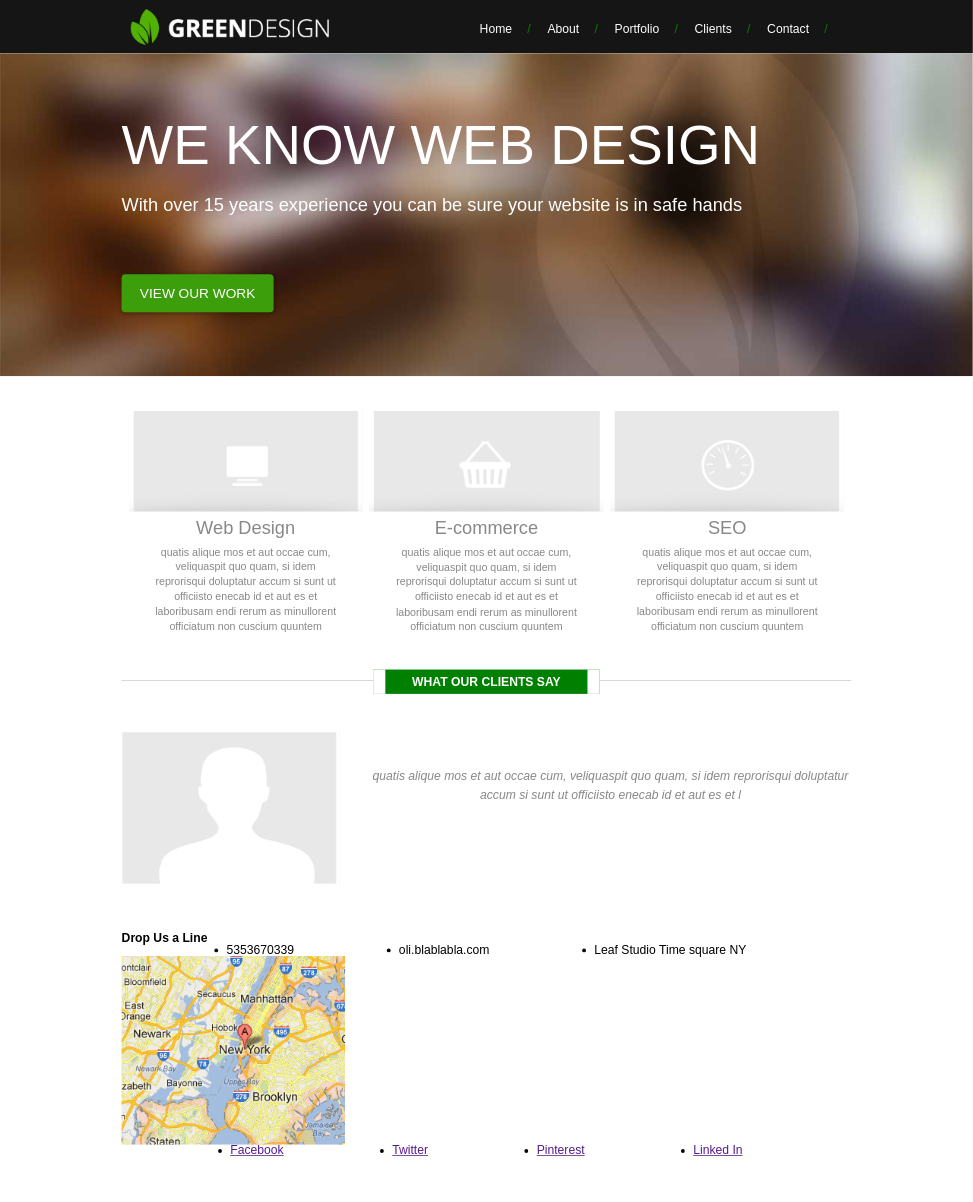
Repository: Piterwk1/psd-to-html
Page: website/index.html
An editor plug-in stored every save of this project. The page is shown before and after the next save, followed by the edit.
The browser window is 1280 px wide. The pictures show the whole page, at 76% of full size.

Above is the page before, as saved 2021-09-14 21:46:20.

### website/index.html
<html lang="en">

<head>
    <meta charset="UTF-8">
    <meta http-equiv="X-UA-Compatible" content="IE=edge">
    <meta name="viewport" content="width=device-width, initial-scale=1.0">
    <title>Green Design</title>
    <link rel="stylesheet" href="style.css">
</head>

<body>
    <header>
        <div class="wrapper">
            <h1 id="logo">Green Design</h1>
            <nav>
                <h2>Main Navigation</h2>
                <ul>
                    <li><a href="">Home</a><span>/</span></li>
                    <li><a href="">About</a><span>/</span></li>
                    <li><a href="">Portfolio</a><span>/</span></li>
                    <li><a href="">Clients</a><span>/</span></li>
                    <li><a href="">Contact</a><span>/</span></li>
                </ul>
            </nav>
        </div>
    </header>
    <div id="lead-banner">
        <img src="images/Baner.jpg" alt="main banner">
        <div class="banner-overlay">
            <div class="wrapper">
                <div class="banner-title">We know web Design</div>
                <p>With over 15 years experience you can be sure your website is in safe hands</p>
                <a href="">View our work</a>
            </div>
        </div>
    </div>
    <div id="main-content">

        <div class="wrapper">

            <section id="points-of-sale">
                <h2>Point of Sale</h2>
                <ul>
                    <li>
                        <img src="images/cs1.png" alt="Web Design">
                        <h3>Web Design</h3>
                        <p>quatis alique mos et aut occae cum, veliquaspit quo quam, si idem reprorisqui doluptatur
                            accum si
                            sunt ut officiisto enecab id et aut es et laboribusam endi rerum as minullorent officiatum
                            non
                            cuscium quuntem</p>
                    </li>
                    <li>
                        <img src="images/cs2.png" alt="E-commerce">
                        <h3>E-commerce</h3>
                        <p>quatis alique mos et aut occae cum, veliquaspit quo quam, si idem reprorisqui doluptatur
                            accum si
                            sunt ut officiisto enecab id et aut es et laboribusam endi rerum as minullorent officiatum
                            non
                            cuscium quuntem</p>
                    </li>
                    <li>
                        <img src="images/cs3.png" alt="SEO">
                        <h3>SEO</h3>
                        <p>quatis alique mos et aut occae cum, veliquaspit quo quam, si idem reprorisqui doluptatur
                            accum si
                            sunt ut officiisto enecab id et aut es et laboribusam endi rerum as minullorent officiatum
                            non
                            cuscium quuntem</p>
                    </li>
                </ul>
            </section>
            <section id="clients">
                <h2>What Our Clients Say</h2>
                <div class="clients">
                    <img src="images/head.png" alt="head">
                    <!-- <img src="images/quotes.png" alt="quotes"> -->
                    <blockquote>quatis alique mos et aut occae cum, veliquaspit quo quam, si idem reprorisqui doluptatur
                        accum
                        si sunt ut officiisto enecab id et aut es et l</blockquote>
                </div>
            </section>
            <section id="contact">
                <h2>Drop Us a Line</h2>
                <ul id="contact-methods">
                    <li>5353670339</li>
                    <li>oli.blablabla.com</li>
                    <li>
                        <span>Leaf Studio</span>
                        <span>Time square</span>
                        <span>NY</span>
                    </li>
                </ul>
                <img src="images/map.png" alt="map">
                <ul id="social-map">
                    <li class="facebook"><a href="">Facebook</a></li>
                    <li class="twitter"><a href="">Twitter</a></li>
                    <li class="pinterest"><a href="">Pinterest</a></li>
                    <li class="linked-in"><a href="">Linked In</a></li>
                </ul>
            </section>
        </div>
    </div>
</body>

</html>

### website/style.css
html,
body,
div,
span,
object,
iframe,
h1,
h2,
h3,
h4,
h5,
h6,
p,
blockquote,
pre,
abbr,
address,
cite,
code,
del,
dfn,
em,
img,
ins,
kbd,
q,
samp,
small,
strong,
sub,
sup,
var,
b,
i,
dl,
dt,
dd,
ol,
ul,
li,
fieldset,
form,
label,
legend,
table,
caption,
tbody,
tfoot,
thead,
tr,
th,
td,
article,
aside,
canvas,
details,
figcaption,
figure,
footer,
header,
hgroup,
menu,
nav,
section,
summary,
time,
mark,
audio,
video {
  margin: 0;
  padding: 0;
  border: 0;
  outline: 0;
  font-size: 100%;
  vertical-align: baseline;
  background: transparent;
  font-family: arial;
}

body {
  line-height: 1;
}

article,
aside,
details,
figcaption,
figure,
footer,
header,
hgroup,
menu,
nav,
section {
  display: block;
}

nav ul {
  list-style: none;
}

blockquote,
q {
  quotes: none;
}

blockquote:before,
blockquote:after,
q:before,
q:after {
  content: "";
  content: none;
}

a {
  margin: 0;
  padding: 0;
  font-size: 100%;
  vertical-align: baseline;
  background: transparent;
}

/* change colours to suit your needs */
ins {
  background-color: #ff9;
  color: #000;
  text-decoration: none;
}

/* change colours to suit your needs */
mark {
  background-color: #ff9;
  color: #000;
  font-style: italic;
  font-weight: bold;
}

del {
  text-decoration: line-through;
}

abbr[title],
dfn[title] {
  border-bottom: 1px dotted;
  cursor: help;
}

table {
  border-collapse: collapse;
  border-spacing: 0;
}

/* change border colour to suit your needs */
hr {
  display: block;
  height: 1px;
  border: 0;
  border-top: 1px solid #cccccc;
  margin: 1em 0;
  padding: 0;
}

input,
select {
  vertical-align: middle;
}

header div {
  display: flex;
  justify-content: space-between;
  width: 100%;
  max-width: 960px;
  margin: 0 auto;
}

.wrapper {
  width: 100%;
  max-width: 960px;
  margin: 0 auto;
}

header {
  background: #151515;
}

#logo {
  background: url(images/Logo.png) no-repeat;
  height: 70px;
  width: 280px;
  text-indent: -100000px;
}

header nav {
  margin-top: 30px;
  margin-right: 20px;
  width: 50%;
}

header nav h2 {
  height: 0;
  text-indent: -100000px;
}
header nav a {
  color: #fff;
  text-decoration: none;
  font-family: arial;
}

header nav ul {
  display: flex;
  justify-content: space-around;
}

header nav span {
  color: green;
  margin-left: 20px;
}

#lead-banner img {
  width: 100%;
}

#lead-banner {
  max-height: 440px;
  overflow: hidden;
  position: relative;
}

.banner-overlay {
  position: absolute;
  top: 20%;
  width: 100%;
}

.banner-title {
  color: #fff;
  text-transform: uppercase;
  font-size: 72px;
}

#lead-banner p {
  color: #fff;
  font-size: 24px;
  min-width: 600px;
  margin-top: 30px;
}

#lead-banner a {
  color: #fff;
  display: block;
  width: 200px;
  font-size: 18px;
  text-align: center;
  padding: 16px 0;
  text-decoration: none;
  text-transform: uppercase;
  border-radius: 5px;
  margin-top: 80px;
  box-shadow: 1px 1px 6px rgba(0, 0, 0, 0.4);

  /* Permalink - use to edit and share this gradient: https://colorzilla.com/gradient-editor/#3c9e0a+0,3c9e0a+100 */
  background: #3c9e0a; /* Old browsers */
  background: -moz-linear-gradient(
    top,
    #3c9e0a 0%,
    #3c9e0a 100%
  ); /* FF3.6-15 */
  background: -webkit-linear-gradient(
    top,
    #3c9e0a 0%,
    #3c9e0a 100%
  ); /* Chrome10-25,Safari5.1-6 */
  background: linear-gradient(
    to bottom,
    #3c9e0a 0%,
    #3c9e0a 100%
  ); /* W3C, IE10+, FF16+, Chrome26+, Opera12+, Safari7+ */
  filter: progid:DXImageTransform.Microsoft.gradient( startColorstr='#3c9e0a', endColorstr='#3c9e0a',GradientType=0 ); /* IE6-9 */
}

section {
    margin: 40px 0 60px;
}

section#points-of-sale ul {
    list-style: none;
}

#points-of-sale h2 {
    height: 0;
    text-indent: -10000px;
}

section ul {
    display: flex;
    justify-content: space-evenly;
}

#points-of-sale li {
    width: 32%;
}

#points-of-sale li img {
    width: 100%;
}

#points-of-sale li h3 {

    text-align: center;
    color:  #888;
    font-size: 24px;
    font-weight: normal;
    margin: 10px  10px;
}

#points-of-sale p {
    text-align: center;
    width: 80%;
    margin: 0 10%;
    font-size: 14px;
    color: #888;
    line-height: 1.4em;
}

#clients {
    border-top: 1px solid #ccc;
    padding-top: 30px;
}

#clients h2{
background: green;
color: #fff;
padding: 8px;
text-align: center;
width: 250px;
text-transform: uppercase;
position: relative;
top: -45px;
margin: 0 auto;
border-left: 16px solid #fff;
border-right: 16px solid #fff;
}

.clients {
    display: flex;
    justify-content: space-between;
}
.clients img{
    width: 30%;
}

#clients blockquote {
    width: 66%;
    text-align: center;
    font-style: italic;
    line-height: 1.6em;
    color: #888;
    padding-top: 50px;
}

After the next save:
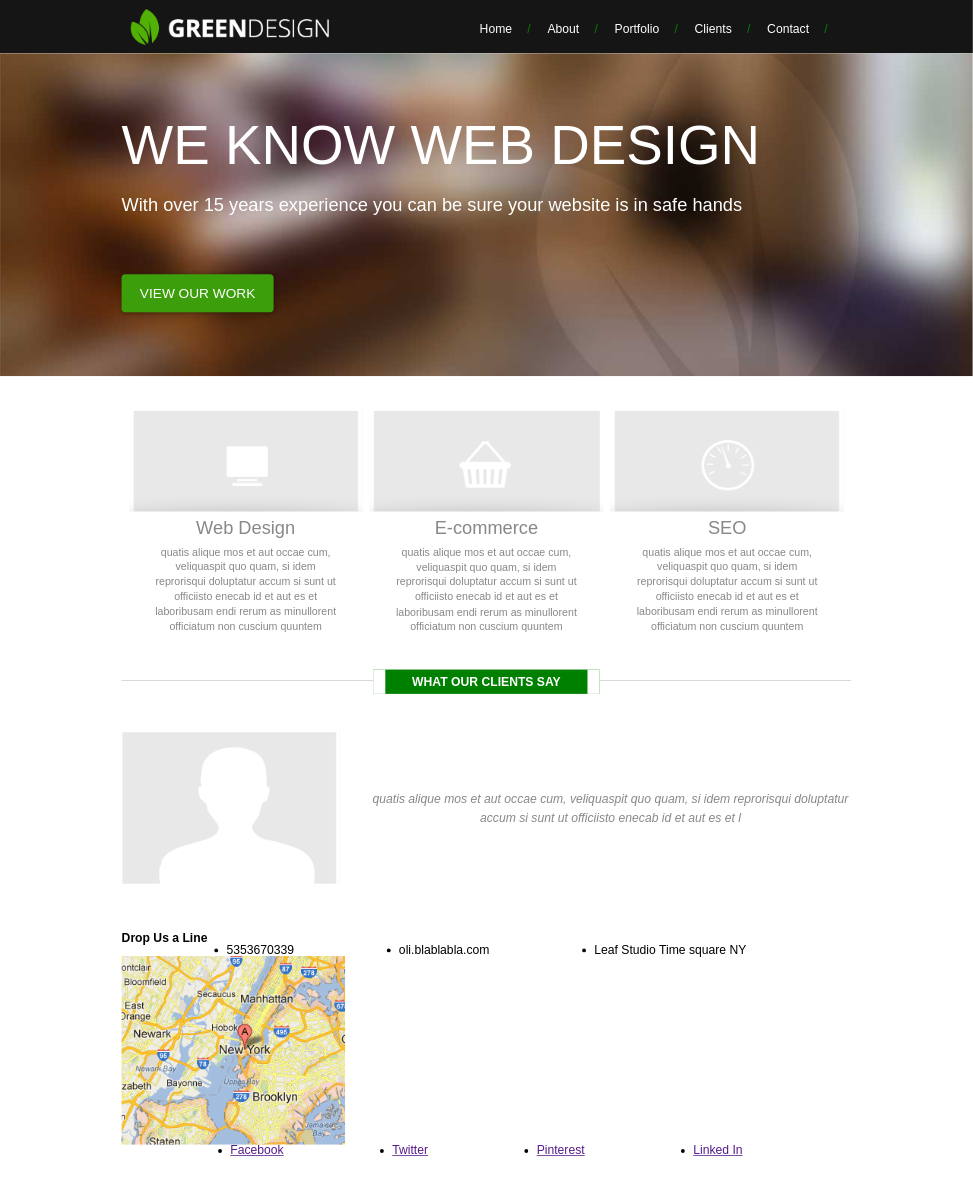
Saved 16 s later.
--- a/website/style.css
+++ b/website/style.css
@@ -355,5 +355,5 @@ border-right: 16px solid #fff;
     font-style: italic;
     line-height: 1.6em;
     color: #888;
-    padding-top: 50px;
-}
+    padding-top: 80px;
+}
